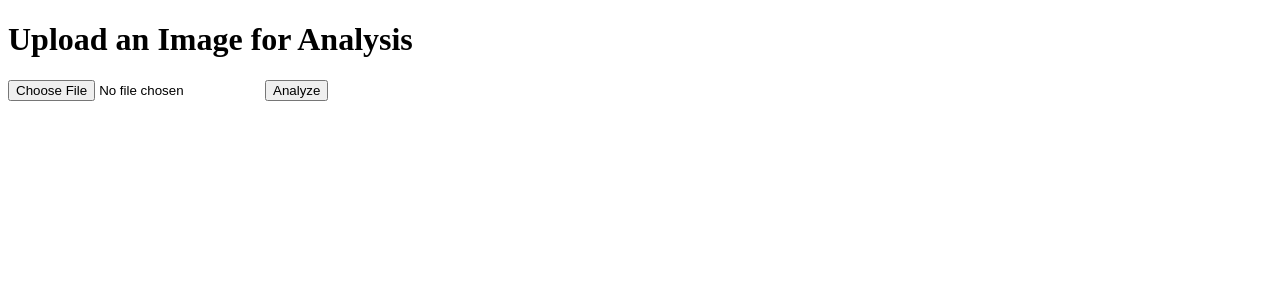
Repository: lucasmsdev/ai_recognize_images
Page: http://localhost/
The author's editor kept a record of every edit. The page is drawn from the files as they stood at one moment, then again after the next edit.
The browser window is 1280 px wide. The pictures show the whole page.
The page is served by the project's application, run on Flask 3 (app.py).

Above is the page before.

After the next edit:
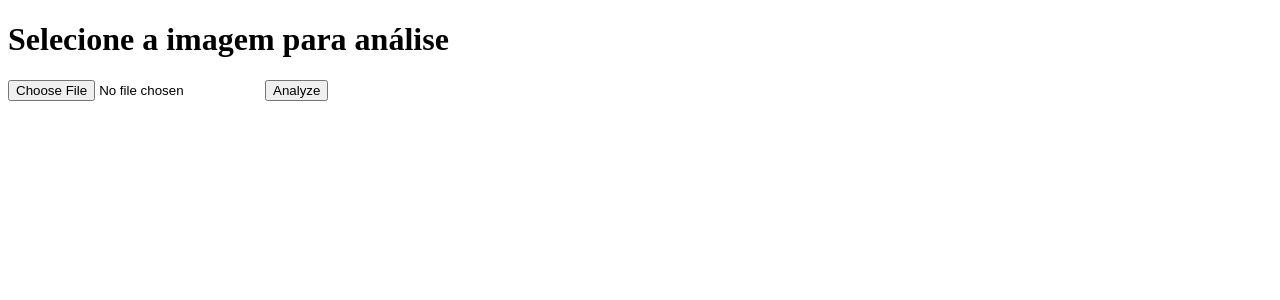
The edit:
--- a/templates/upload.html
+++ b/templates/upload.html
@@ -4,7 +4,7 @@
     <title>Upload and Analyze</title>
 </head>
 <body>
-    <h1>Upload an Image for Analysis</h1>
+    <h1>Selecione a imagem para análise</h1>
     <form method="POST" enctype="multipart/form-data">
         <input type="file" name="image" accept="image/*" required>
         <button type="submit">Analyze</button>
